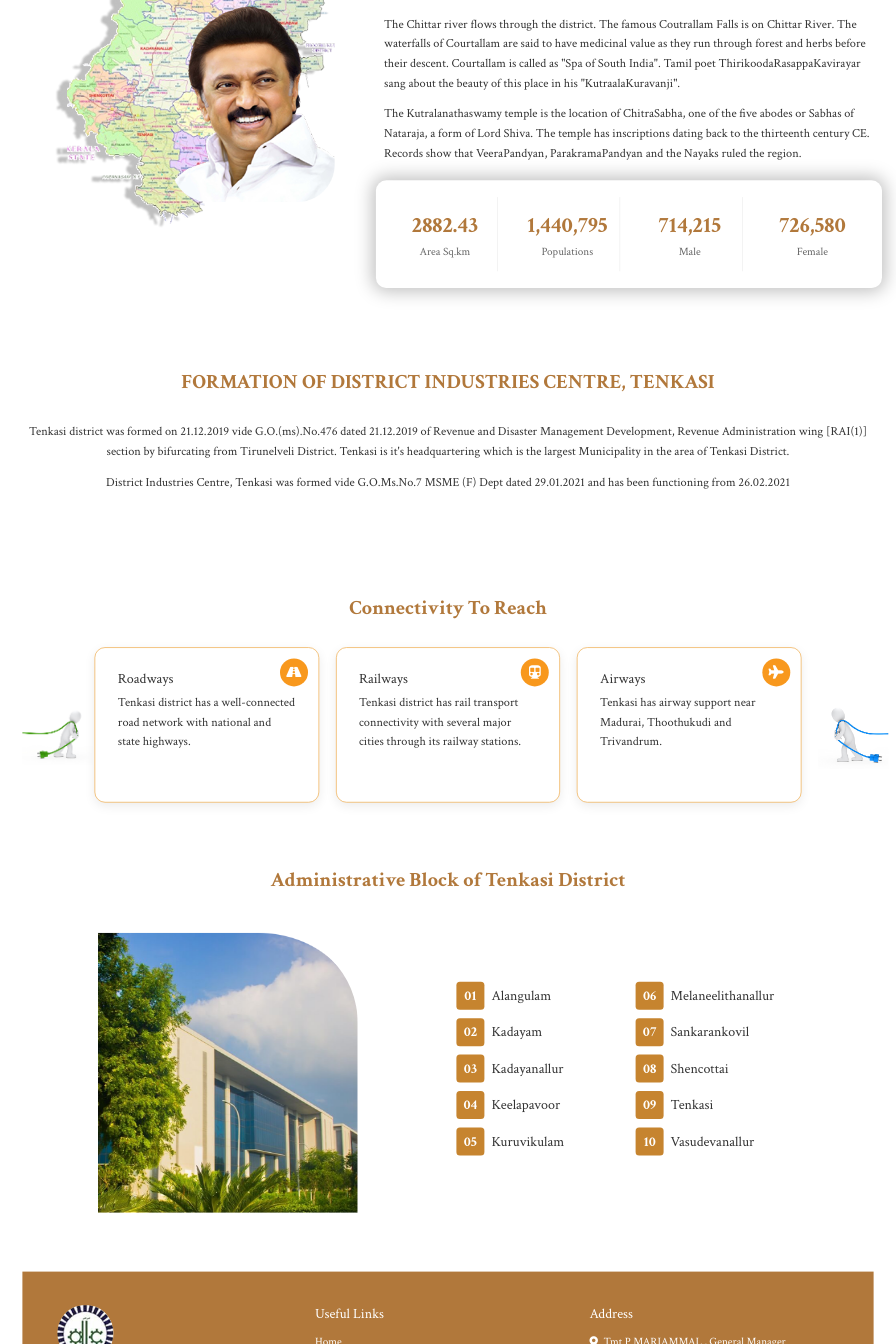
Repository: Brand-Mindz-Global-Technology-Pvt-Ltd/TenkasiDIC--FrontEnd
Page: About US/aboutus.html
An editor plug-in stored every save of this project. The page is shown before and after the next save, followed by the edit.
The browser window is 1280 px wide. The pictures show the part of the page from y = 732 to 2652 px (the page is 3094 px tall), at 70% of full size.

Above is the page before, as saved 2025-07-09 11:33:32.

After the next save:
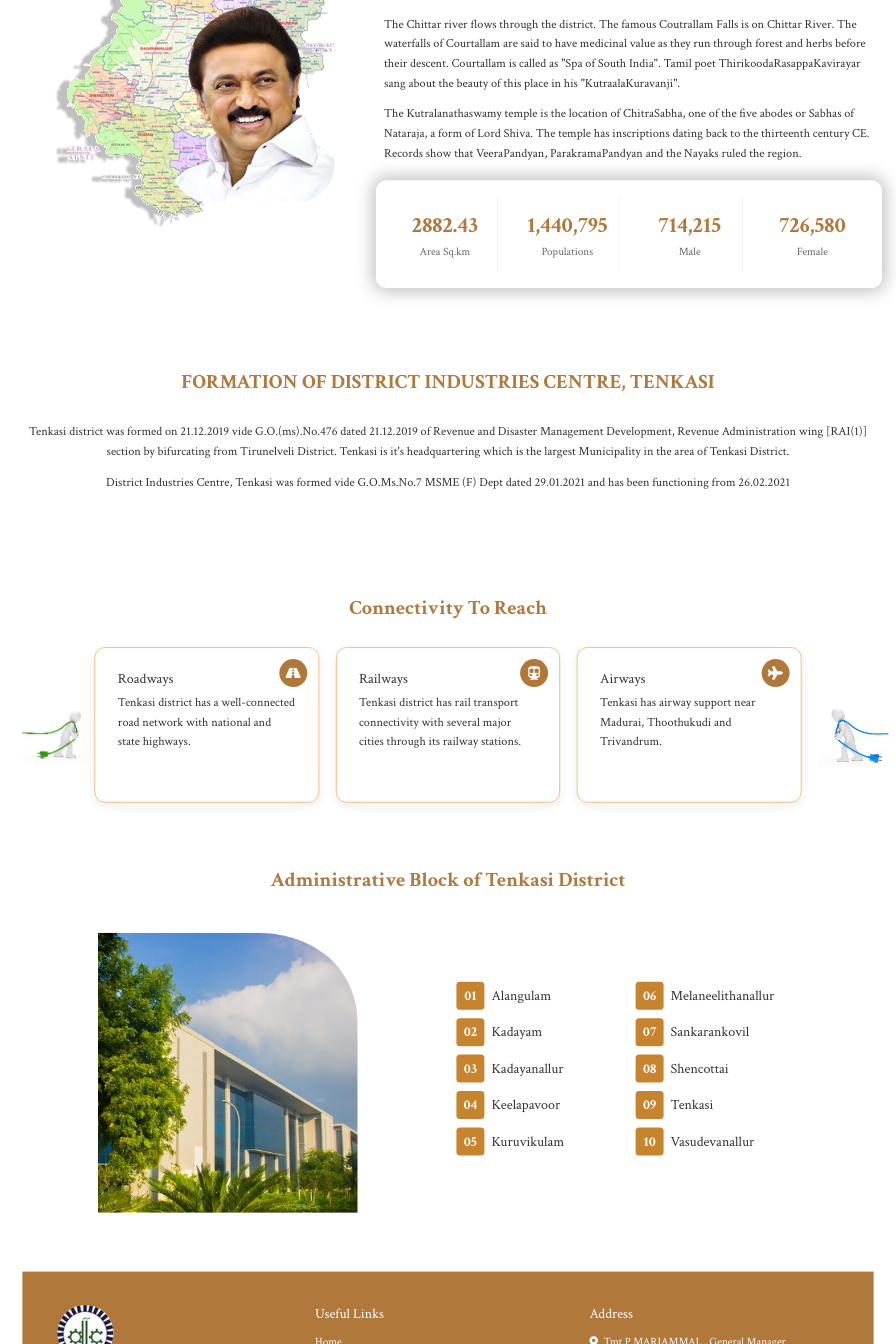
Saved 7 s later.
--- a/About US/aboutus.css
+++ b/About US/aboutus.css
@@ -66,7 +66,7 @@
        padding: 20px 0;
    }
 .connect-icon {
- background-color: #f8981d;
+ background-color: var(--primary-color);
  color: white;
  font-size: 1.2rem;
  width: 40px;
@@ -76,8 +76,8 @@
  justify-content: center;
  border-radius: 50%;
  position: absolute;
- top: 15px;
- right: 15px;
+ top: var(--spacing-sm);
+ right: var(--spacing-sm);
 }
 
 .plug-img {
